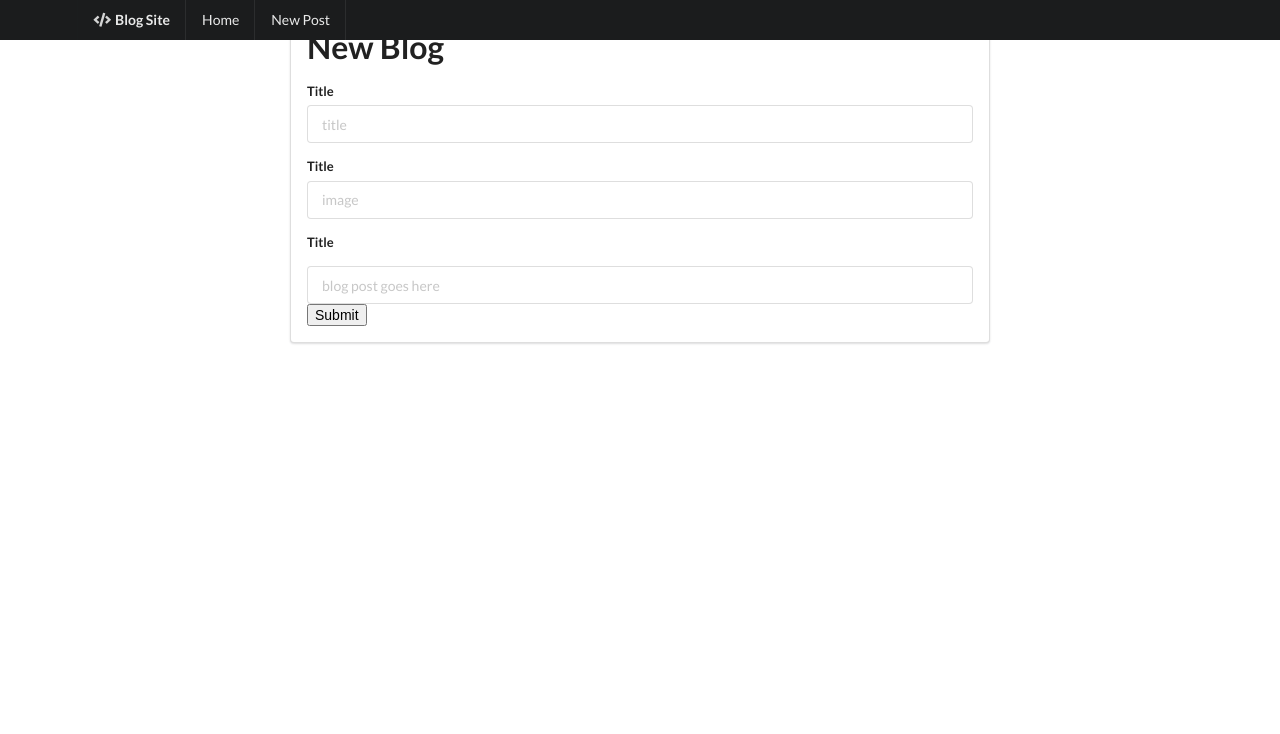
Repository: demioke/web-development-bootcamp
Page: http://localhost/blogs/new
The author's editor kept a record of every edit. The page is drawn from the files as they stood at one moment, then again after the next edit.
The browser window is 1280 px wide. The pictures show the whole page.
Some web libraries are served in a nearby version. The page is served by the project's Node server (RESTful_Routing/RESTfulBlogApp/app.js).

Above is the page before.

### RESTful_Routing/RESTfulBlogApp/views/new.ejs
<% include ./partials/header.ejs %>

<div class="ui main text container segment">
    <div class="ui huge header">New Blog</div>
    <form class="ui form" action="/blogs" method="POST">
        <div class="field">
            <label>Title</label>
            <input type="text" name="blog[title]" placeholder="title">
        </div>
        <div class="field">
            <label>Title</label>
            <input type="text" name="blog[image]" placeholder="image">
        </div>
        <div class="field">
            <label>Title</label>
        </div>


        <input type="text" name="blog[body]" placeholder="blog post goes here">
        <input type="submit">
    </form>
</div>

<% include ./partials/footer.ejs %>

<!--<input type="text" name="blog[title]">-->
<!--What this will do is, instead of making the value for title available directly -->
<!--from req.body.title it will put it inside of an object, like so: req.body.blog.title-->
<!--same goes for "blog[image]" and name="blog[body]".-->
<!--Now all of the values from the inputs in the form get added into one object (req.body.blog) -->
<!--and you can easily input that data into the database simply by passing in req.body.blog to Blog.create()-->

### RESTful_Routing/RESTfulBlogApp/views/partials/header.ejs
<!DOCTYPE html>
<html>
    <head>
        <title>Blog App</title>
        <link rel="stylesheet" type="text/css" href="https://cdnjs.cloudflare.com/ajax/libs/semantic-ui/2.3.2/semantic.min.css">
        <link rel="stylesheet" type="text/css" href="/stylesheets/app.css">
    </head>
    <body>
        <div class="ui fixed inverted menu">
            <div class="ui container">
                <div class="header item"><i class="code icon"></i> Blog Site</div>
                <a href="/" class="item">Home</a>
                <a href="/blogs/new" class="item">New Post</a>
            </div>
        </div>

### RESTful_Routing/RESTfulBlogApp/app.js
var express = require("express");
var app = express();
var bodyParser = require("body-parser");
var mongoose = require("mongoose");
var methodOverride = require("method-override");
var expressSanitizer = require("express-sanitizer");

// APP CONFIG
mongoose.connect("mongodb://localhost/restful_blog_app");
app.set("view engine", "ejs");
app.use(express.static("public")); // allows us to serve custo stylesheets saved in this directory
app.use(bodyParser.urlencoded({extended: true}));
app.use(expressSanitizer()); //has to come after body-parser. allows us to prevent users from entering script tags int htmls
app.use(methodOverride("_method")); // looks for _method in urls to enable html to make PUT and DELETE requests


// MONGOOSE/MODEL CONFIG
var blogSchema = new mongoose.Schema({
    title: String,
    image: String,
    body: String,
    created: {type: Date, default: Date.now} //the date the object i.e. the blog was created. default variable can be used in other obj variabls as used here
});
var Blog = mongoose.model("Blog", blogSchema);

// RESTFUL ROUTES

app.get("/", function(req, res) {
    res.redirect("/blogs");
});

// INDEX ROUTE
app.get("/blogs", function(req, res) {
    Blog.find({}, function(err, blogs) { // find all blogs in DB: "blogs"
        if(err) {
            console.log("ERROR");
        }
        else {
            res.render("index", {blogs: blogs}); // pass all blogs to ejs as "blogs"
        }
    });
});

// NEW ROUTE
app.get("/blogs/new", function(req, res) {
   res.render("new");
});

// CREATE ROUTE
app.post("/blogs", function(req, res) {
    // create blog
    console.log(req.body.blog.body);
    req.body.blog.body = req.sanitize(req.body.blog.body); //sanitizes body of blog
    console.log("=====================");
    console.log(req.body.blog.body);
    Blog.create(req.body.blog, function(err, newBlog) {
        if(err) {
            res.render("new");
        }
        else { // redirect to the index
            res.redirect("/blogs");
        }
    });
});

// SHOW ROUTE
app.get("/blogs/:id", function(req, res) {
    Blog.findById(req.params.id, function(err, foundBlog) {
        if(err) {
            res.redirect("/blogs");
        }
        else {
            res.render("show", {blog: foundBlog});
        }
    });
});

// EDIT ROUTE
app.get("/blogs/:id/edit", function(req, res) {
    Blog.findById(req.params.id, function(err, foundBlog) {
        if(err) {
            res.redirect("/blogs");
        }
        else {
            res.render("edit", {blog: foundBlog});
        }
    });
});

// UPDATE ROUTE
app.put("/blogs/:id", function(req, res) {
    req.body.blog.body = req.sanitize(req.body.blog.body); //sanitizes body of blog
    Blog.findByIdAndUpdate(req.params.id, req.body.blog, function(err, updatedBlog) { // 2nd parameter of fn is the new updated data
        if(err) {
            res.redirect("/blogs");
        }
        else {
            res.redirect("/blogs/" + req.params.id) // redirects back to show page with updated blog
        }
    });
});

// DELETE ROUTE
app.delete("/blogs/:id", function(req, res) {
    //destroy blog
    Blog.findByIdAndRemove(req.params.id, function(err) { // callback fn only takes err argument as blog data may be deleted
        if(err) {
            res.redirect("/blogs");
        }
        else {
            res.redirect("/blogs");
        }
    });
    //redirect somewhere
});

app.listen(process.env.PORT, process.env.IP, function() {
    console.log("SERVER IS RUNNING");
});

### RESTful_Routing/RESTfulBlogApp/public/stylesheets/app.css
i .icon {
    font-size: 4em;
}

Loaded but not shown: RESTful_Routing/RESTfulBlogApp/views/partials/footer.ejs (common file)

After the next edit:
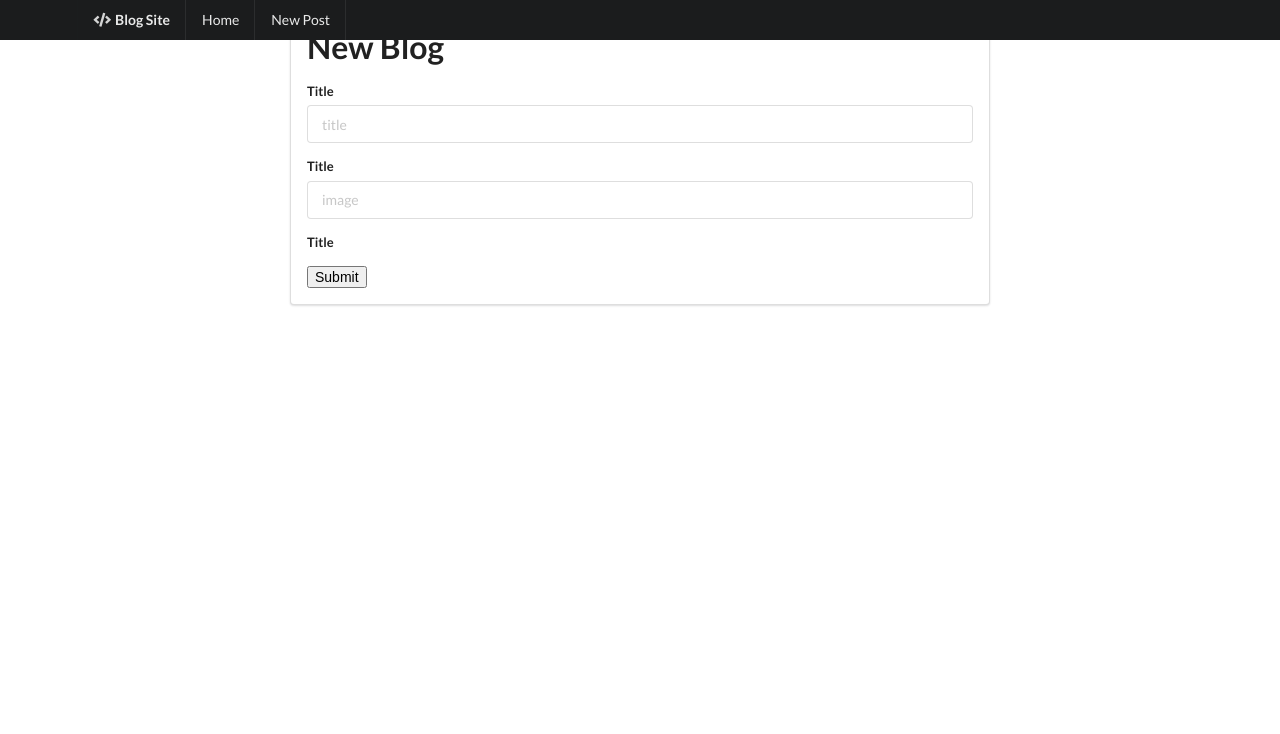
The edit:
--- a/RESTful_Routing/RESTfulBlogApp/views/new.ejs
+++ b/RESTful_Routing/RESTfulBlogApp/views/new.ejs
@@ -16,7 +16,7 @@
         </div>
 
 
-        <input type="text" name="blog[body]" placeholder="blog post goes here">
+
         <input type="submit">
     </form>
 </div>
